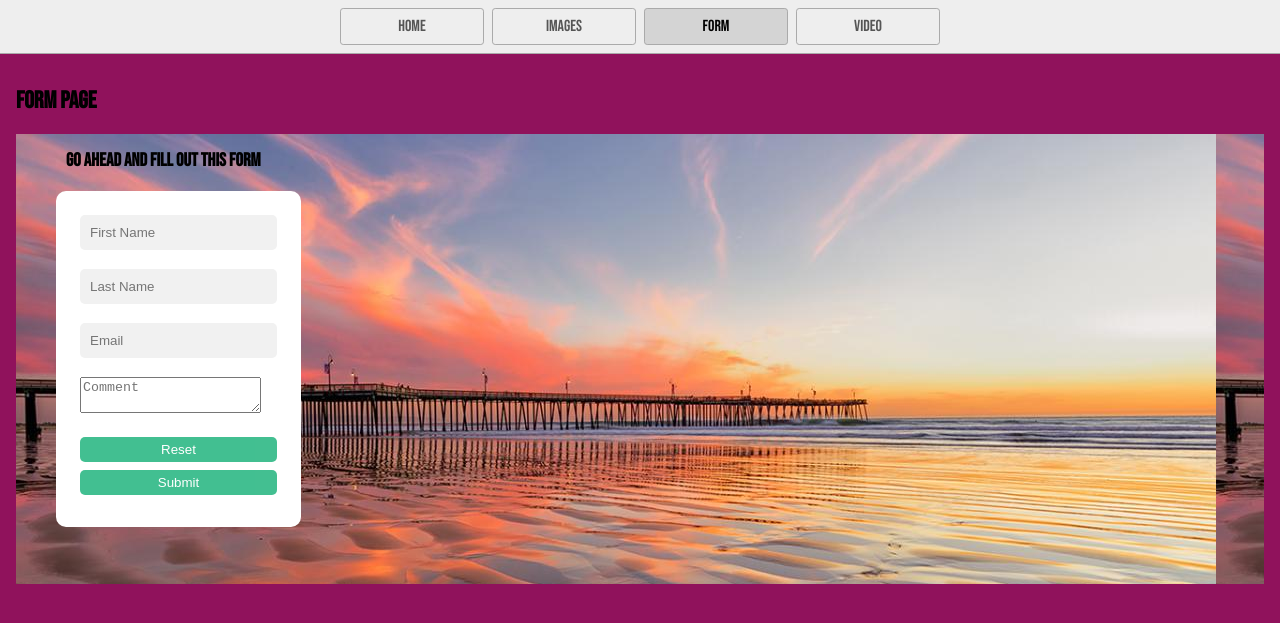
Repository: sebas6292/palmTree-Final
Page: Form.html
The author's editor kept a copy of each file at every save. The page is drawn from the files as they stood at one save, then again after the next save.
The browser window is 1280 px wide. The pictures show the whole page.

Above is the page before, as saved 2023-05-28 13:25:06.

### Form.html
<!DOCTYPE html>
<html lang="en">
  <head>
    <title>Home</title>
    <meta charset="UTF-8" />
    <meta name="viewport" content="width=device-width" />

    <link rel="preconnect" href="https://fonts.googleapis.com">
    <link rel="preconnect" href="https://fonts.gstatic.com" crossorigin>
    <link href="https://fonts.googleapis.com/css2?family=Bebas+Neue&display=swap" rel="stylesheet">
    <link rel="stylesheet" href="styles.css" />

  </head>
  <body>
    <nav>
      <a href="/Home.html">Home</a>
      <a href="/Images.html">Images</a>
      <a href="/Form.html" aria-current="page">Form</a>
      <a href="/Video.html">Video</a>
    </nav>
    <main>
      <h1>Form page</h1>
      <div class="bg-img">
      <h3 class="form-title">Go ahead and fill out this form</h3>
      <form action="/Home.html" target="_blank" class="form-container">

        <input type="text" id="fname" name="fname" placeholder="First Name"><br>
        <br>
        <input type="text" id="lname" name="lname" placeholder="Last Name" ><br>
        <br>
        <input type="text" id="email" name="email" placeholder="Email"><br>
        <br>

        <textarea id="comment" placeholder='Comment' name="comment" ></textarea>
        <br>
        <br>
        <input class="btn" type="reset" value="Reset">
        <input class="btn" type="submit" value="Submit">
      </form>
    </div>
    </main>
  </body>
</html>

### styles.css
* {
    box-sizing: border-box;
  }

  body {
    margin: 0;
    font-family: 'Bebas Neue', sans-serif;
    color: black;
    background-color: white;
  }
  @keyframes body {
    0%   {background-color: white;}
    25%  {background-color: brown}
    50%  {background-color: purple;}
    100% {background-color: black;}
  }
  body {
    background-color: white;
    animation-name: body;
    animation-duration: 15s;
  }

  nav {
    display: flex;
    flex-wrap: wrap;
    align-items: center;
    justify-content: center;
    padding: 0.5rem;
    gap: 0.5rem;
    border-bottom: solid 1px #aaa;
    background-color: #eee;
  }

  nav a {
    display: inline-block;
    min-width: 9rem;
    padding: 0.5rem;
    border-radius: 0.2rem;
    border: solid 1px #aaa;
    text-align: center;
    text-decoration: none;
    color: #555;
  }

  nav a[aria-current='page'] {
    color: #000;
    background-color: #d4d4d4;
  }

  main {
    padding: 1rem;
  }

  h1 {
    font-weight: bold;
    font-size: 1.5rem;
  }
  .form-title {
    /* margin: 10px 0 0 50px; */
    margin-left: 50px;
    padding-top: 15px;
  }

  .bg-img {
    background-image: url('/Assets/pier2.jpeg');
    height: 450px;
  }

  .form-container {
    position: absolute;
    margin: 0 0 0 40px;
    max-width: 400px;
    padding: 24px;
    background-color: white;
    border-radius: 10px;
  }
  input[type=text], input[type=password], input[id=comment] {
    width: 100%;
    padding: 10px;
    /* margin: 5px 0 22px 0; */
    border: none;
    background: #f1f1f1;
    border-radius: 5px;
  }
  .btn {
    background-color: #04AA6D;
    color: white;
    margin-bottom: .5rem ;
    padding: 5px 0 5px 0;
    border: none;
    cursor: pointer;
    border-radius: 5px;
    width: 100%;
    opacity: 0.75;
  }

  .btn:hover {
    opacity: 1;
  }

After the next save:
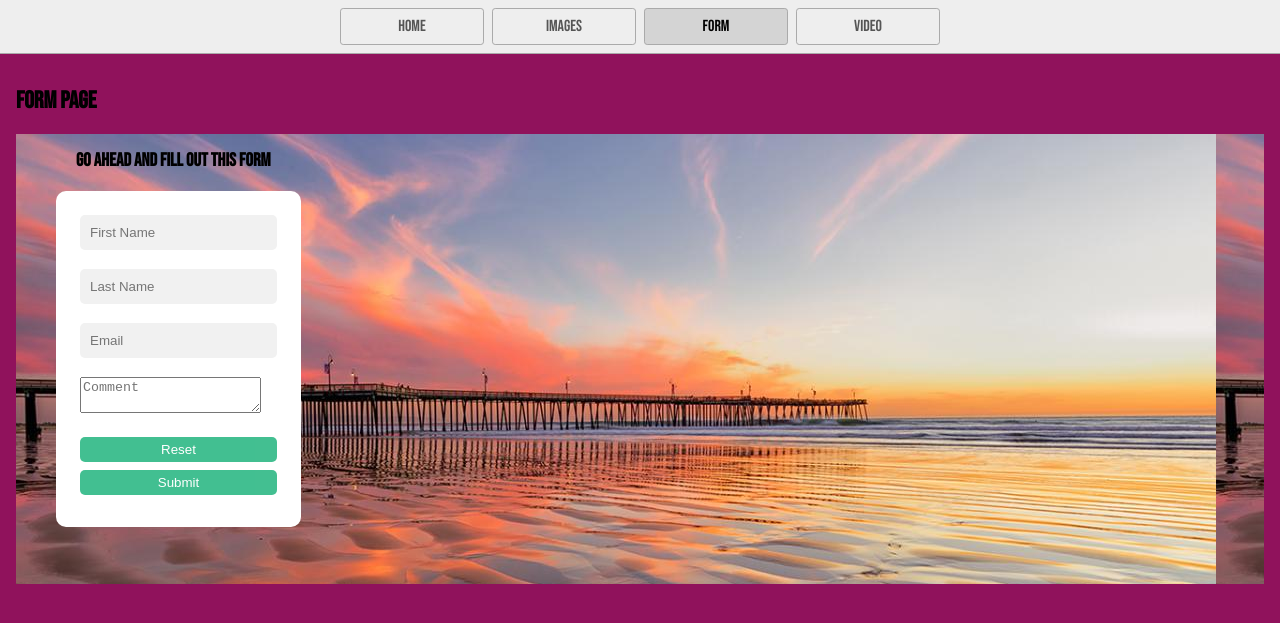
Saved 6 s later.
--- a/styles.css
+++ b/styles.css
@@ -57,7 +57,7 @@
   }
   .form-title {
     /* margin: 10px 0 0 50px; */
-    margin-left: 50px;
+    margin-left: 60px;
     padding-top: 15px;
   }
 

After the save that followed:
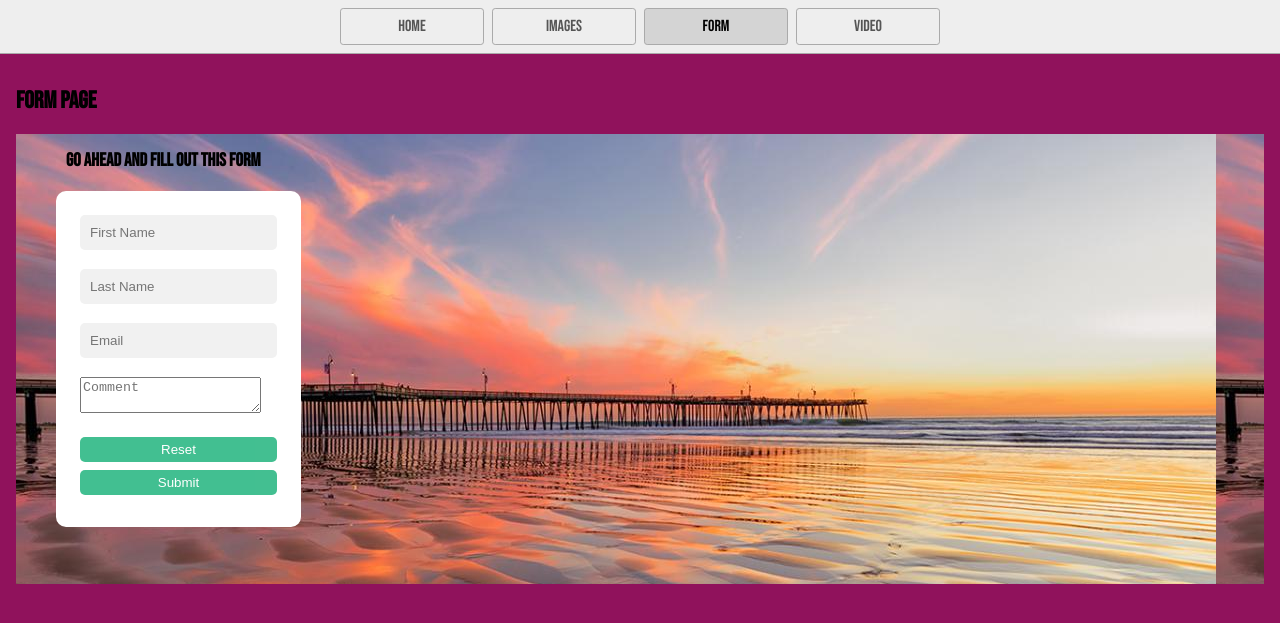
Saved 10 s later.
--- a/styles.css
+++ b/styles.css
@@ -57,7 +57,7 @@
   }
   .form-title {
     /* margin: 10px 0 0 50px; */
-    margin-left: 60px;
+    margin-left: 50px;
     padding-top: 15px;
   }
 
